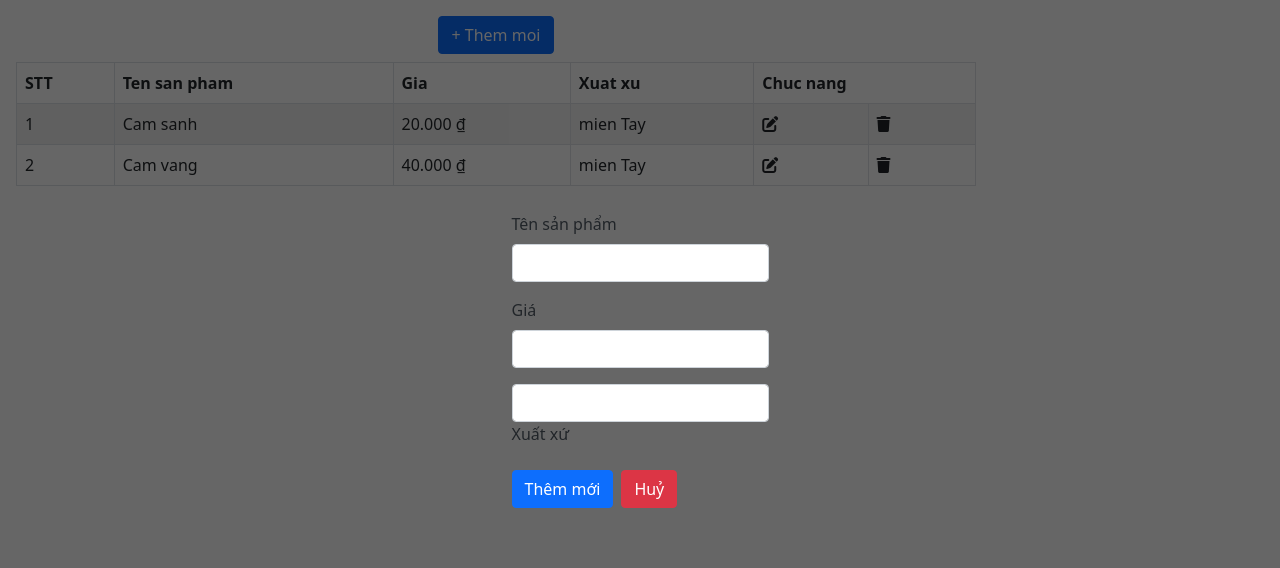
Repository: TinhTT336/MD02_Session12
Page: / (app in client/), after clicking the first element matching `button.btn`
These files come from the project's save history. The page is drawn as it stood at one moment and after the next save; the edit follows.
The browser window is 1280 px wide. The pictures show the whole page.
The project was rebuilt for these pictures with package versions that can differ from the ones it lists, and the page was loaded fresh each time. Requests to the local data server were answered from the project's data file. Also part of the build but not shown: client/vite.config.js, client/src/App.css, client/src/index.css.

Above is the page before, as saved 2023-09-11 14:04:41.

### client/index.html
<!DOCTYPE html>
<html lang="en">
  <head>
    <meta charset="UTF-8" />
    <link rel="icon" type="image/svg+xml" href="/vite.svg" />
    <meta name="viewport" content="width=device-width, initial-scale=1.0" />
    <title>Vite + React</title>
    <link
      href="https://cdn.jsdelivr.net/npm/bootstrap@5.0.2/dist/css/bootstrap.min.css"
      rel="stylesheet"
      integrity="sha384-EVSTQN3/azprG1Anm3QDgpJLIm9Nao0Yz1ztcQTwFspd3yD65VohhpuuCOmLASjC"
      crossorigin="anonymous"
    />
    <link
      rel="stylesheet"
      href="https://cdnjs.cloudflare.com/ajax/libs/font-awesome/6.4.2/css/all.min.css"
      integrity="sha512-z3gLpd7yknf1YoNbCzqRKc4qyor8gaKU1qmn+CShxbuBusANI9QpRohGBreCFkKxLhei6S9CQXFEbbKuqLg0DA=="
      crossorigin="anonymous"
      referrerpolicy="no-referrer"
    />
  </head>
  <body>
    <div id="root"></div>
    <script type="module" src="/src/main.jsx"></script>
  </body>
</html>

### client/src/App.jsx
import { useState } from 'react'
import reactLogo from './assets/react.svg'
import viteLogo from '/vite.svg'
import './App.css'
import ListProduct from './pages/product/ListProduct'

function App() {
  const [count, setCount] = useState(0)

  return (
    <>
      <ListProduct />
    </>
  )
}

export default App

### client/src/pages/product/ListProduct.jsx
import React, { useEffect, useState } from 'react'
import { formatMoney } from '../../utils/formatData';
import FormAdd from '../../components/admin/manager-product/FormAdd';

export default function ListProduct() {
    const [products, setProducts] = useState([]);
    const [showForm, setShowForm] = useState(false);
    // console.log(products);
    // goi API lay thong tin tat ca san pham
    const loadData = () => {
        fetch("http://localhost:8000/products")
            .then((response) => response.json())// ep kieu ve dang json
            .then((response) => setProducts(response)) // noi co du lieu tra ve
            .catch((error) => console.log(error))// bat loi
    }
    // khi lam viec voi components khong duoc goi ham truc tiep ma su dung useEffect
    // useEffect dung khi can hien thi du lieu ra giao dien
    useEffect(() => {
        loadData();
    }, [])

    /**
     * ham xoa thong 1 product theo id
     * @param {*} id id cua product can xoa
     * Author: TinhTT (11/09/2023)
     */
    const handleDelete = (id) => {
        fetch(`http://localhost:8000/products/${id}`, {
            method: "DELETE",
        }).then((response) => {
            if (response.status === 200) {
                loadData();
            }
        })
            .catch((error) => console.log(error))
    }

    // ham hien thi form them moi
    const handleShowForm = () => {
        setShowForm(true);
    }
    return (
        <>
            {showForm && <FormAdd />}
            <div className='w-75 d-flex align-items-center justify-content-center flex-column m-3'>
                <div >
                    <button onClick={handleShowForm} className='btn btn-primary mb-2 btn-add' style={{ textAlign: "right" }}>+ Them moi</button>
                </div>
                <table className='table table-striped table-hover table-bordered'>
                    <thead>
                        <tr>
                            <th scope='col'>STT</th>
                            <th scope='col'>Ten san pham</th>
                            <th scope='col'>Gia</th>
                            <th scope='col'>Xuat xu</th>
                            <th scope='col' colSpan={2}>Chuc nang</th>
                        </tr>
                    </thead>
                    <tbody>
                        {products.map((pro, index) => (
                            <tr key={pro.id}>
                                <td>{index + 1}</td>
                                <td>{pro.product_name}</td>
                                <td>{formatMoney(pro.price)}</td>
                                <td>{pro.from}</td>
                                <td><i class="fa-solid fa-pen-to-square"></i></td>
                                <td onClick={() => handleDelete(pro.id)}><i class="fa-solid fa-trash"></i></td>
                            </tr>
                        ))}
                    </tbody>
                </table>
            </div>
        </>
    )
}

### client/src/utils/formatData.js
/**
 * ham format tien te Viet Nam
 * @param {*} money chuoi tien te can format
 * @returns chuoi tien te da duoc format
 * Author: TinhTT (11/09/2023)
 */
export const formatMoney = (money) => {
  return money.toLocaleString("vi", { style: "currency", currency: "VND" });
};
export const formatDate = () => {};
export const formatEmail = () => {};

### client/src/components/admin/manager-product/FormAdd.jsx
import React from 'react'
import "./product.css";

export default function FormAdd() {
    return (
        <>
            <div className='product-container'>
                <form className='form-container'>
                    <div className="mb-3">
                        <label htmlFor="productName" className="form-label">
                            Tên sản phẩm
                        </label>
                        <input type="text" className="form-control" name="productName" />
                    </div>
                    <div className="mb-3">
                        <label htmlFor="price" className="form-label">
                            Giá
                        </label>
                        <input type="text" className="form-control" name='price' />
                    </div>
                    <div className="mb-3">
                        <input type="text" className="form-control" name='from' />
                        <label className="form-label" htmlFor="from">
                            Xuất xứ
                        </label>
                    </div>
                    <button type="submit" className="btn btn-primary me-2">
                        Thêm mới
                    </button>
                    <button type="submit" className="btn btn-danger">
                        Huỷ
                    </button>
                </form>

            </div>

        </>
    )
}

### client/src/components/admin/manager-product/product.css
.product-container {
  position: fixed;
  bottom: 0;
  top: 0;
  right: 0;
  left: 0;
  background: rgba(0, 0, 0, 0.6);
  display: flex;
  align-items: center;
  justify-content: center;
  min-height: 100vh;
}
.form-container {
}

### server/db.json
{
  "users": [
    {
      "id": 1,
      "user_name": "Nguyen Van A",
      "gender": 0,
      "address": "Thanh Xuan, Ha Noi",
      "email": "an@gmail.com",
      "password": "123456"
    }
  ],
  "products": [
    {
      "id": 1,
      "product_name": "Cam sanh",
      "price": 20000,
      "from": "mien Tay"
    },
    {
      "id": 2,
      "product_name": "Cam vang",
      "price": 40000,
      "from": "mien Tay"
    }
  ]
}

Loaded but not shown: client/src/main.jsx (common file)

After the next save:
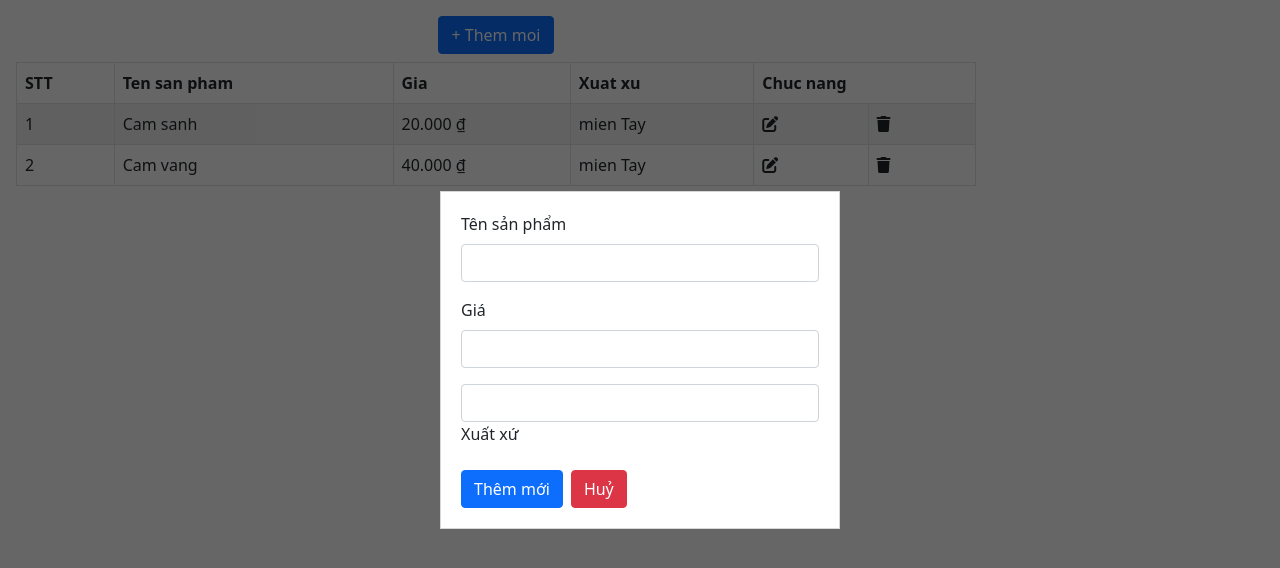
Saved 65 s later.
--- a/client/src/components/admin/manager-product/product.css
+++ b/client/src/components/admin/manager-product/product.css
@@ -11,4 +11,8 @@
   min-height: 100vh;
 }
 .form-container {
+  width: 400px;
+  padding: 20px;
+  background-color: #fff;
+  border: 1px solid #3333;
 }
